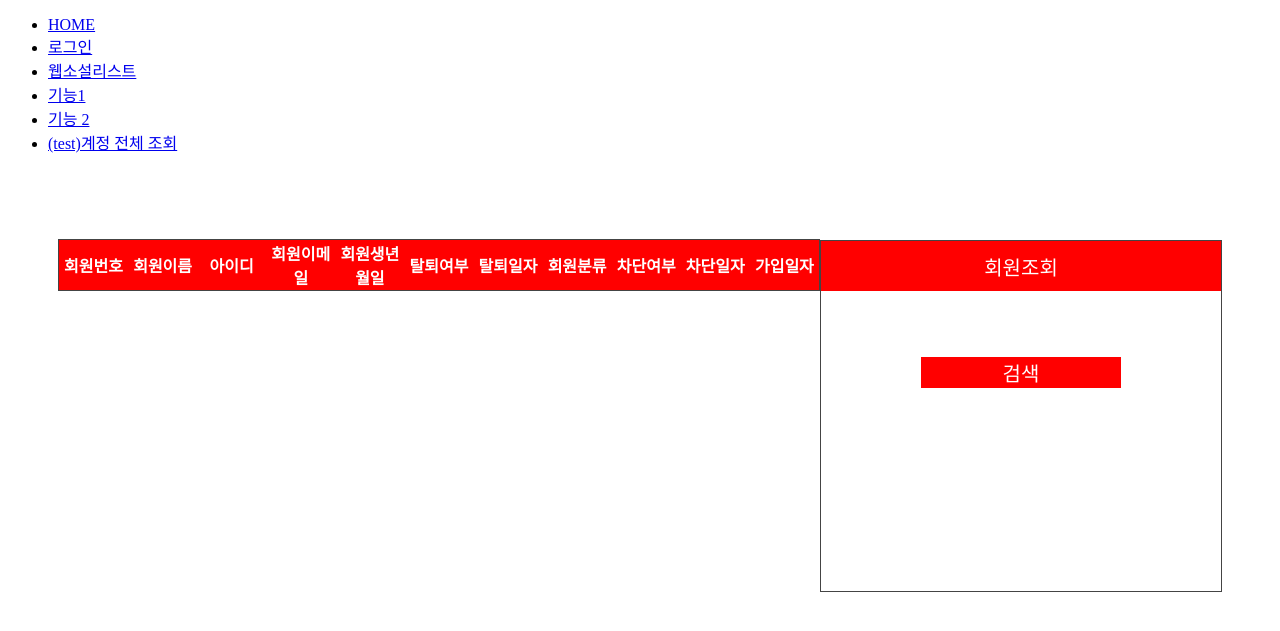
Repository: hoony0203/firstbook
Page: http://localhost/first_book/WEB-INF/views/admin/memberList.jsp
An editor plug-in stored every save of this project. The page is shown before and after the next save, followed by the edit.
The browser window is 1280 px wide. The pictures show the whole page.
The page is served by Tomcat 9. Nobody is signed in. The template is opened directly, without the code that normally fills it, so the values that code supplies are empty.

Above is the page before, as saved 2021-04-09 14:20:10.

After the next save:
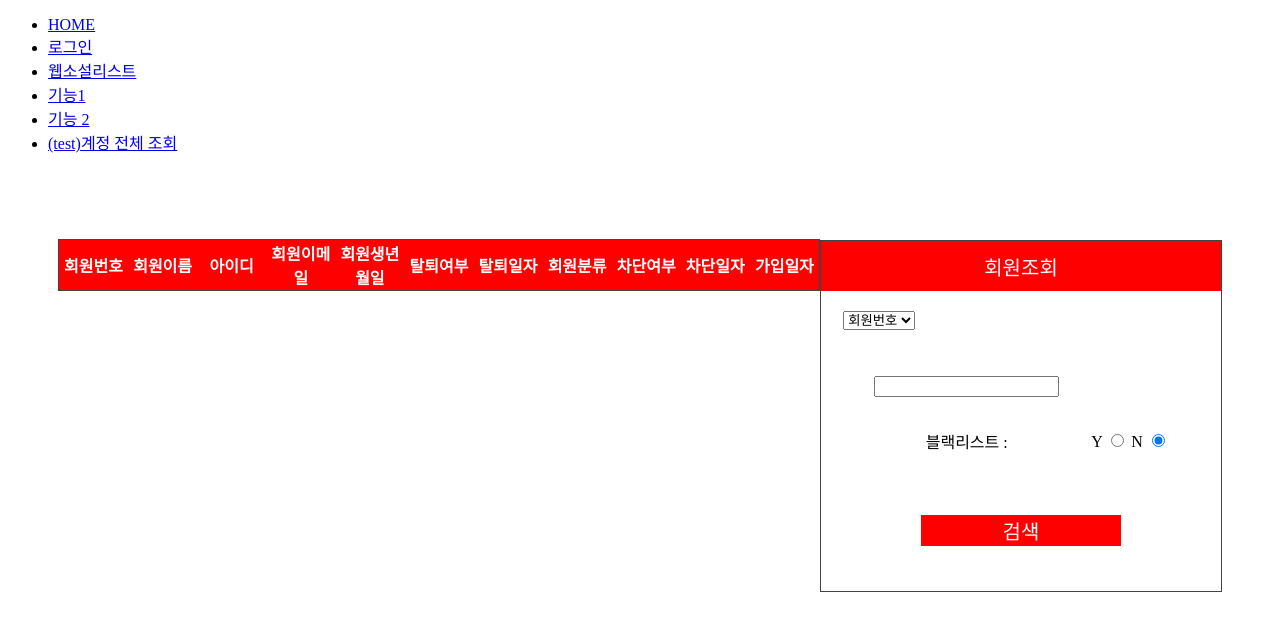
Saved 2 min 15 s later.
--- a/first_book/web/WEB-INF/views/admin/memberList.jsp
+++ b/first_book/web/WEB-INF/views/admin/memberList.jsp
@@ -56,10 +56,32 @@
 
 						</c:when>
 
-
-
 						<c:otherwise>
 
+								<select id="memSearchCondition" name="memSearchCondition">
+
+								<option value="memNum" <c:if test="${requestScope.memSearchCondition eq 'memNum' }">selected</c:if>>회원번호</option>
+								<option value="name" <c:if test="${requestScope.memSearchCondition eq 'name' }">selected</c:if>>이름</option>
+								<option value="email" <c:if test="${requestScope.memSearchCondition eq 'email' }">selected</c:if>>이메일</option>
+								<option value="birthDate" <c:if test="${requestScope.memSearchCondition eq 'birthDate' }">selected</c:if> >생년월일</option>
+								<option value="enrollDate" <c:if test="${requestScope.memSearchCondition eq 'enrollDate' }">selected</c:if> >가입일시</option>
+
+								</select>
+								</td>
+
+								<td> <input type="search" id="memSearchValue" name="memSearchValue"></td>
+							</tr>
+
+							<tr>
+								<td> <label>블랙리스트 : </label>  </td>
+								<td>
+
+								<label>Y </label><input type="radio" name="blockCheck">
+								<label>N </label><input type="radio" name="blockCheck" checked="checked">
+
+								</td>
+							</tr>
+							<tr></tr>
 						</c:otherwise>
 
 					</c:choose>
